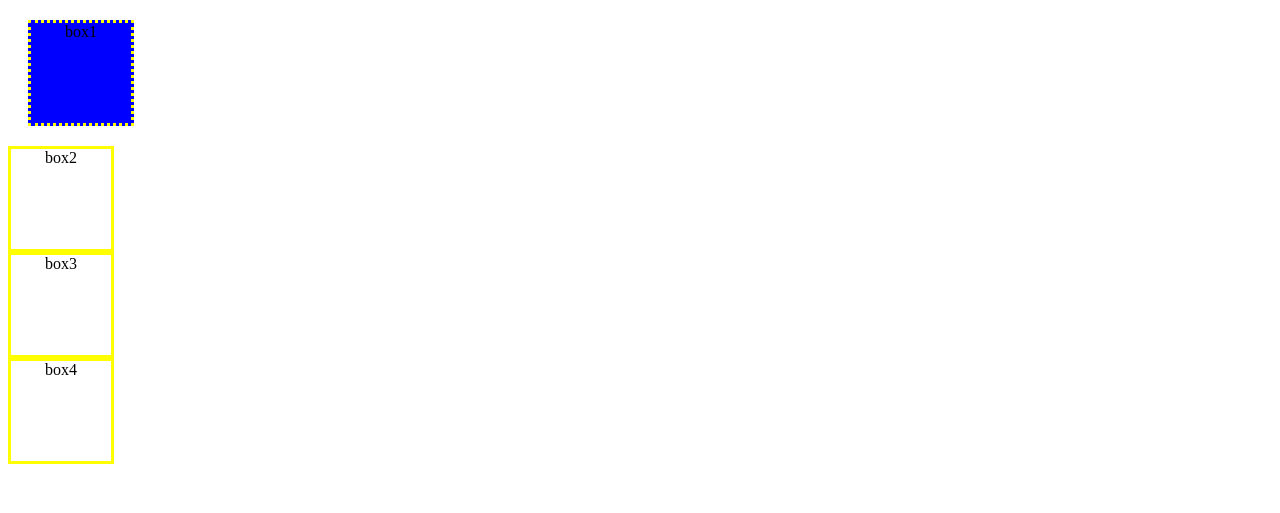
Repository: LucestDail/WebEclipse-Workspace
Page: htmlProject/WebContent/cssEx5.html
These files come from the project's save history. The page is drawn as it stood at one moment and after the next save; the edit follows.
The browser window is 1280 px wide. The pictures show the whole page.

Above is the page before, as saved 2020-11-06 06:18:47.

### htmlProject/WebContent/cssEx5.html
<!DOCTYPE html>
<html>
<head>
<meta charset="UTF-8">
<title>Insert title here</title>
<style type = "text/css">
div{
	border:3px solid yellow;
	width :100px;
	height : 100px;
	text-align : center;
}
.m1{
	border-style:dotted;
	margin: 20px;
	background : blue;
}
</style>
</head>
<body>
<div class = "m1">box1</div>
<div class = "m2">box2</div>
<div class = "m3">box3</div>
<div class = "m4">box4</div>
</body>
</html>

After the next save:
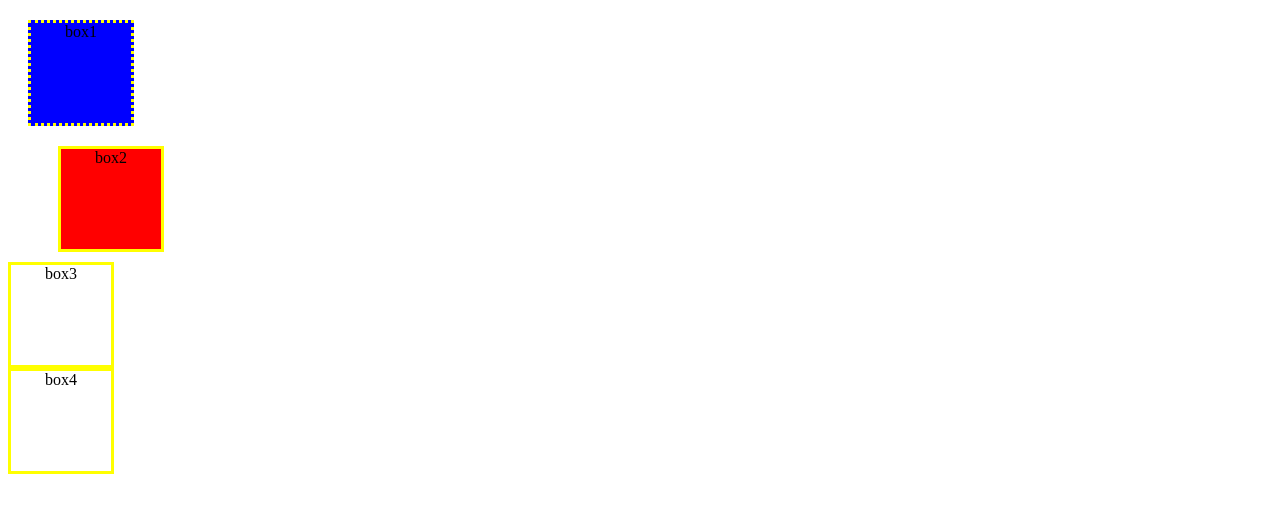
Saved 17 min 37 s later.
--- a/htmlProject/WebContent/cssEx5.html
+++ b/htmlProject/WebContent/cssEx5.html
@@ -15,6 +15,14 @@ div{
 	margin: 20px;
 	background : blue;
 }
+.m2{
+	border-style : 3px solid black;
+	margin-top: 10px;
+	margin-bottom: 10px;
+	margin-right: 100px;
+	margin-left: 50px;
+	background: red;
+}
 </style>
 </head>
 <body>
